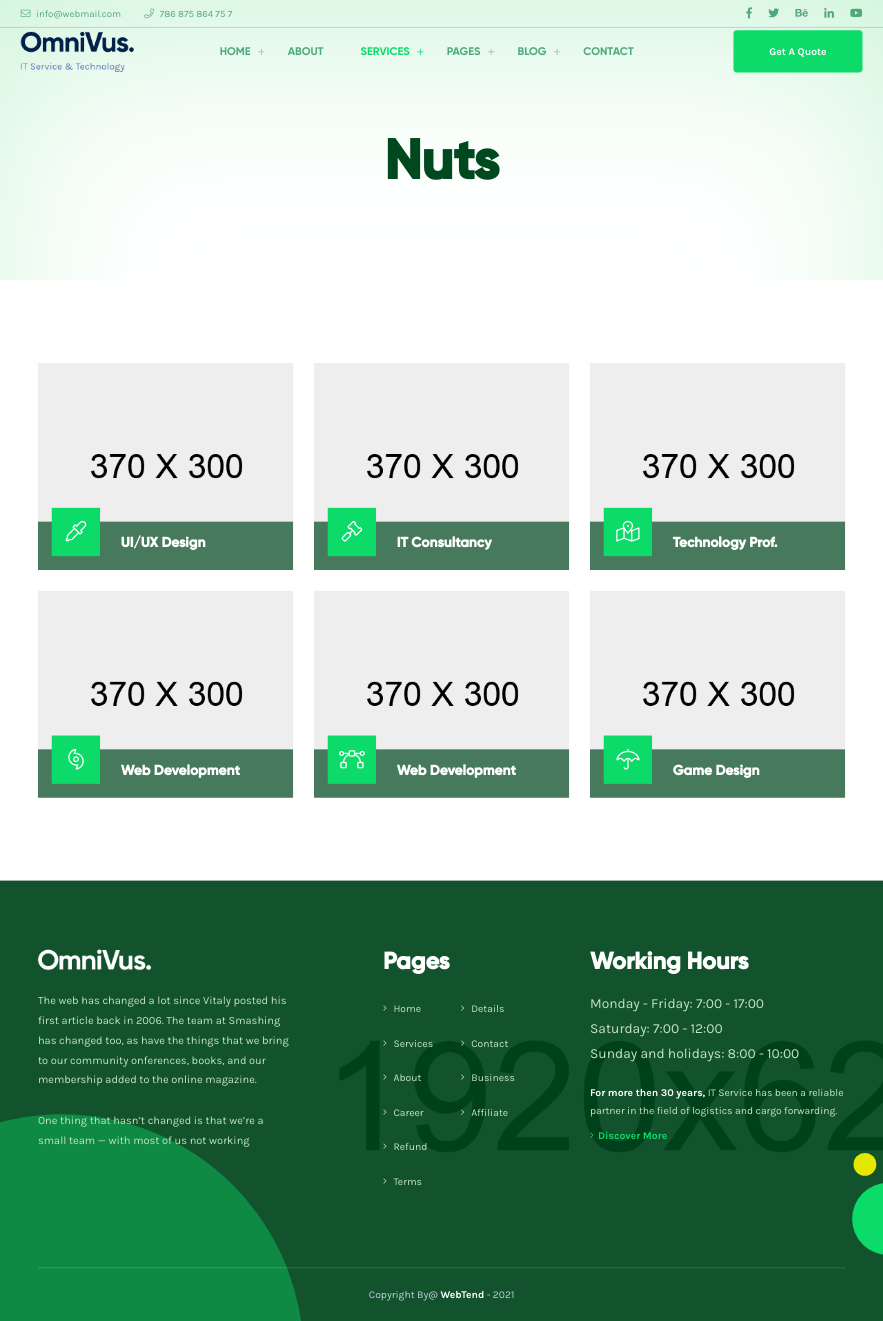
Repository: ziadmoh/alrehab-organic
Page: products.html
The author's editor kept a copy of each file at every save. The page is drawn from the files as they stood at one save, then again after the next save.
The browser window is 1280 px wide. The pictures show the whole page, at 69% of full size.
The style sheet was rebuilt from its Sass, Less or Tailwind sources for each picture, by a compiler version that may differ from the author's.

Above is the page before, as saved 2023-09-26 11:56:55.

After the next save:
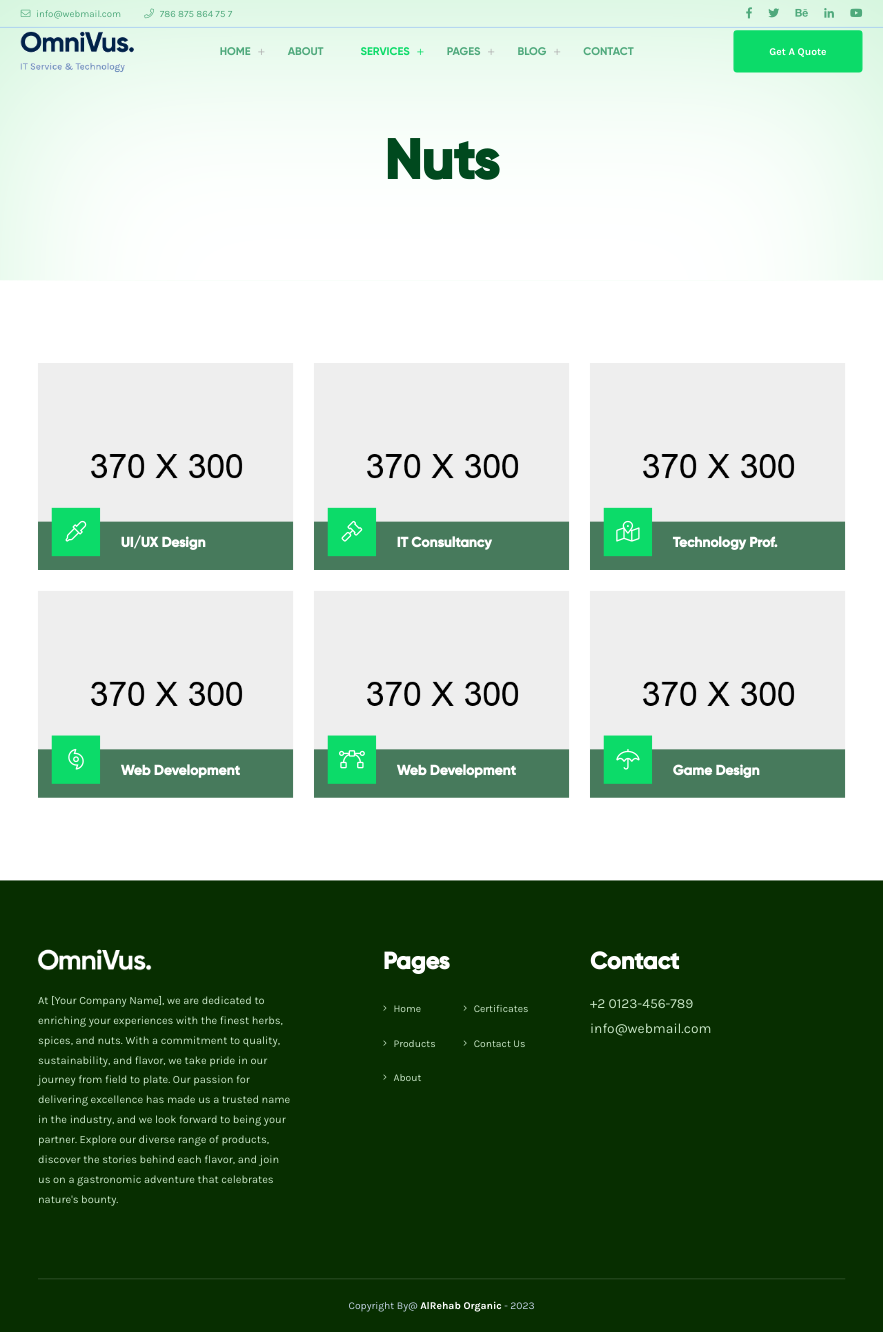
Saved 41 s later.
--- a/products.html
+++ b/products.html
@@ -246,18 +246,16 @@
     <!--====== Back to top start ======-->
 
     <!--====== Footer PART START ======-->
-    <footer class="footer-area footer-area-two" style="background-image: url(assets/img/footer-bg.jpg);">
+    <footer class="footer-area">
         <div class="container">
             <div class="row footer-widgets">
                 <div class="col-lg-4 col-md-6 col-md-7">
                     <div class="widget about-widget">
                         <div class="logo">
-                            <img src="assets/img/logo-1.1.png" alt="Image">
-                        </div>
-                        <p>The web has changed a lot since Vitaly posted his first article back in 2006. The team at
-                            Smashing has changed too, as have the things that we bring to our community onferences,
-                            books, and our membership added to the online magazine.</p>
-                        <p>One thing that hasn’t changed is that we’re a small team — with most of us not working</p>
+                            <img src="assets/img/logo-1.1.png" alt="">
+                        </div>
+                        <p>At [Your Company Name], we are dedicated to enriching your experiences with the finest herbs, spices, and nuts. With a commitment to quality, sustainability, and flavor, we take pride in our journey from field to plate. Our passion for delivering excellence has made us a trusted name in the industry, and we look forward to being your partner. Explore our diverse range of products, discover the stories behind each flavor, and join us on a gastronomic adventure that celebrates nature's bounty.</p>
+
                     </div>
                 </div>
                 <div class="col-lg-3 col-md-6 offset-xl-1">
@@ -265,38 +263,32 @@
                         <h4 class="widget-title">Pages</h4>
                         <div class="footer-list">
                             <ul>
-                                <li><a href="#"><i class="fal fa-angle-right"></i> Home</a></li>
-                                <li><a href="#"><i class="fal fa-angle-right"></i> Services</a></li>
-                                <li><a href="#"><i class="fal fa-angle-right"></i> About</a></li>
-                                <li><a href="#"><i class="fal fa-angle-right"></i> Career</a></li>
-                                <li><a href="#"><i class="fal fa-angle-right"></i> Refund</a></li>
-                                <li><a href="#"><i class="fal fa-angle-right"></i> Terms</a></li>
+                                <li><a href="index.html"><i class="fal fa-angle-right"></i> Home</a></li>
+                                <li><a href="products.html"><i class="fal fa-angle-right"></i> Products</a></li>
+                                <li><a href="about.html"><i class="fal fa-angle-right"></i> About</a></li>
+
                             </ul>
                             <ul>
-                                <li><a href="#"><i class="fal fa-angle-right"></i> Details</a></li>
-                                <li><a href="#"><i class="fal fa-angle-right"></i> Contact</a></li>
-                                <li><a href="#"><i class="fal fa-angle-right"></i> Business</a></li>
-                                <li><a href="#"><i class="fal fa-angle-right"></i> Affiliate</a></li>
+                                <li><a href="certificates.html"><i class="fal fa-angle-right"></i> Certificates</a></li>
+                                <li><a href="contact.html"><i class="fal fa-angle-right"></i> Contact Us</a></li>
+
                             </ul>
                         </div>
                     </div>
                 </div>
                 <div class="col-lg-4 col-md-6 col-md-6">
                     <div class="widget contact-widget">
-                        <h4 class="widget-title">Working Hours</h4>
+                        <h4 class="widget-title">Contact</h4>
                         <ul>
-                            <li>Monday - Friday: 7:00 - 17:00</li>
-                            <li>Saturday: 7:00 - 12:00</li>
-                            <li>Sunday and holidays: 8:00 - 10:00</li>
+
+                            <li>+2 0123-456-789</li>
+                            <li>info@webmail.com</li>
                         </ul>
-                        <p><span>For more then 30 years,</span> IT Service has been a reliable partner in the field of
-                            logistics and cargo forwarding.</p>
-                        <a href="#"><i class="fal fa-angle-right"></i>Discover More</a>
                     </div>
                 </div>
             </div>
             <div class="footer-copyright">
-                <p>Copyright By@ <a href="#">WebTend</a> - 2021</p>
+                <p>Copyright By@ <a href="#">AlRehab Organic</a> - 2023</p>
             </div>
         </div>
     </footer>
